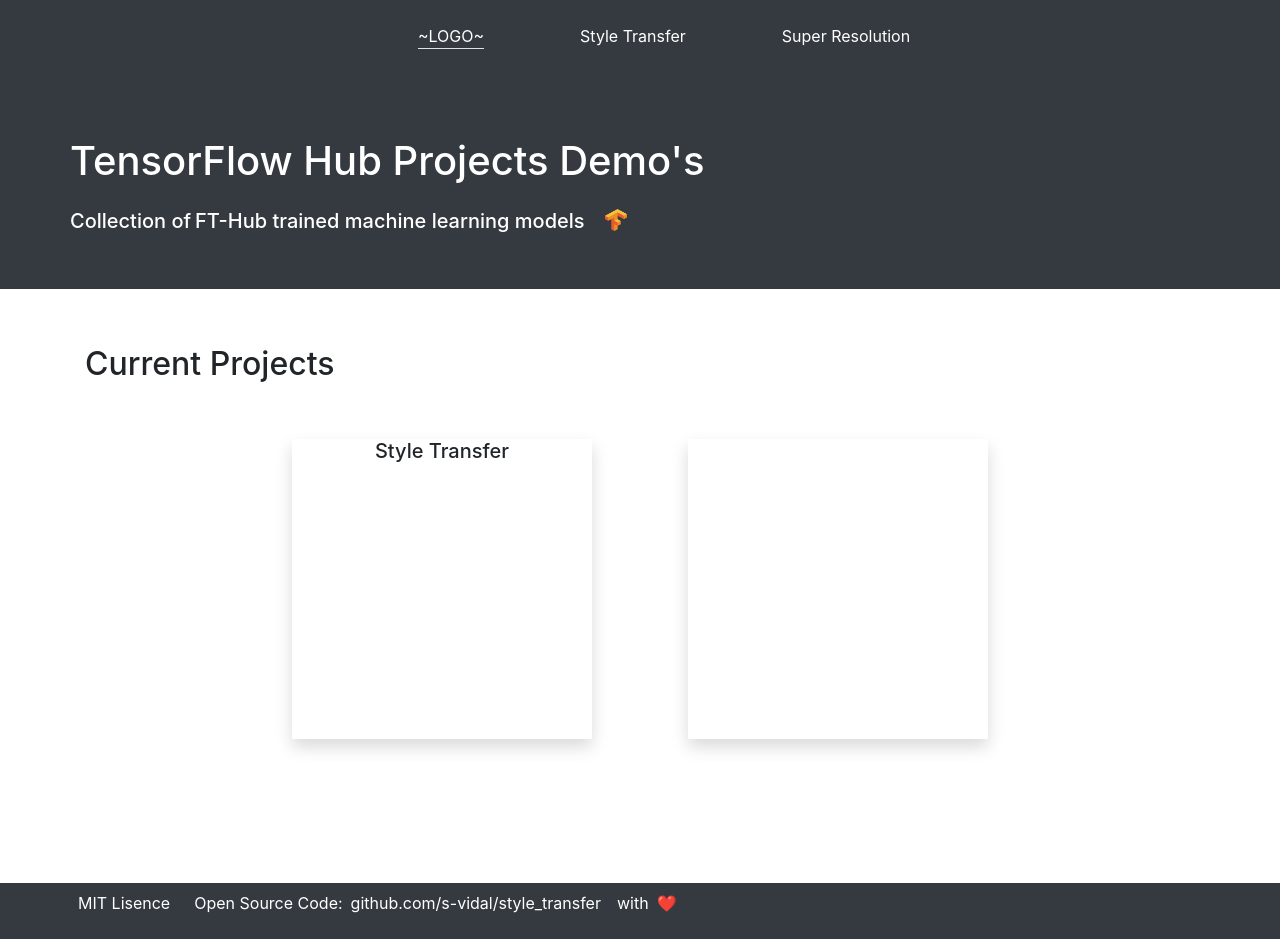
Repository: s-vidal/style_transfer
Page: / (app in client/)
The author's editor kept a copy of each file at every save. The page is drawn from the files as they stood at one save, then again after a run of saves.
The browser window is 1280 px wide. The pictures show the whole page.
The page's requests for data from a server got no answer. The project was rebuilt for these pictures with package versions that can differ from the ones it lists, and the page was loaded fresh each time. A package was used in the major version that the imports need, not the one package.json lists. No one was signed in, and anything a server would have sent is missing. Also part of the build but not shown: client/src/components/DropZone.jsx, client/src/lib/api.js, client/src/components/Inference.jsx, client/src/components/Header.jsx, client/src/pages/StyleTransfer.jsx, client/src/pages/SuperResolution.jsx.

Above is the page before, as saved 2020-09-30 14:29:27.

### client/public/index.html
<!DOCTYPE html>
<html lang="en">
  <head>
    <meta charset="utf-8" />
    <link rel="icon" href="%PUBLIC_URL%/favicon.ico" />
    <meta name="viewport" content="width=device-width, initial-scale=1" />
    <meta name="theme-color" content="#000000" />
    <meta
      name="description"
      content="Web site created using create-react-app"
    />
    <link rel="apple-touch-icon" href="%PUBLIC_URL%/logo192.png" />
    <!--
      manifest.json provides metadata used when your web app is installed on a
      user's mobile device or desktop. See https://developers.google.com/web/fundamentals/web-app-manifest/
    -->
    <link rel="manifest" href="%PUBLIC_URL%/manifest.json" />
    <!--
      Notice the use of %PUBLIC_URL% in the tags above.
      It will be replaced with the URL of the `public` folder during the build.
      Only files inside the `public` folder can be referenced from the HTML.

      Unlike "/favicon.ico" or "favicon.ico", "%PUBLIC_URL%/favicon.ico" will
      work correctly both with client-side routing and a non-root public URL.
      Learn how to configure a non-root public URL by running `npm run build`.
    -->
    <!-- CSS only -->
    <link
      rel="stylesheet"
      href="https://stackpath.bootstrapcdn.com/bootstrap/4.5.2/css/bootstrap.min.css"
      integrity="sha384-JcKb8q3iqJ61gNV9KGb8thSsNjpSL0n8PARn9HuZOnIxN0hoP+VmmDGMN5t9UJ0Z"
      crossorigin="anonymous"
    />
    <title>React App</title>
  </head>
  <body>
    <noscript>You need to enable JavaScript to run this app.</noscript>
    <div id="root"></div>
    <!--
      This HTML file is a template.
      If you open it directly in the browser, you will see an empty page.

      You can add webfonts, meta tags, or analytics to this file.
      The build step will place the bundled scripts into the <body> tag.

      To begin the development, run `npm start` or `yarn start`.
      To create a production bundle, use `npm run build` or `yarn build`.
    -->
    <!-- JS, Popper.js, and jQuery -->
    <script
      src="https://code.jquery.com/jquery-3.5.1.slim.min.js"
      integrity="sha384-DfXdz2htPH0lsSSs5nCTpuj/zy4C+OGpamoFVy38MVBnE+IbbVYUew+OrCXaRkfj"
      crossorigin="anonymous"
    ></script>
    <script
      src="https://cdn.jsdelivr.net/npm/popper.js@1.16.1/dist/umd/popper.min.js"
      integrity="sha384-9/reFTGAW83EW2RDu2S0VKaIzap3H66lZH81PoYlFhbGU+6BZp6G7niu735Sk7lN"
      crossorigin="anonymous"
    ></script>
    <script
      src="https://stackpath.bootstrapcdn.com/bootstrap/4.5.2/js/bootstrap.min.js"
      integrity="sha384-B4gt1jrGC7Jh4AgTPSdUtOBvfO8shuf57BaghqFfPlYxofvL8/KUEfYiJOMMV+rV"
      crossorigin="anonymous"
    ></script>
  </body>
</html>

### client/src/App.js
import React from "react";
import {BrowserRouter as Router, Switch, Route} from "react-router-dom";
import "./App.css";
import StyleTransfer from "./pages/StyleTransfer";
import SuperResolution from "./pages/SuperResolution";
import Footer from "./components/Footer";
import NavBar from "./components/NavBar";
import HomePage from "./pages/HomePage";

function App() {
  return (
    <div>
      <Router>
        <NavBar />
        <Switch>
          <Route path="/super-resolution">
            <SuperResolution />
          </Route>
          <Route path="/style-transfer">
            <StyleTransfer />
          </Route>
          <Route path="/">
            <HomePage />
          </Route>
        </Switch>
        <Footer />
      </Router>
    </div>
  );
}

export default App;

### client/src/App.css
.vh-59 {
  min-height: 58.6vh;
}

.italic {
  font-style: italic;
}

### client/src/components/Footer.jsx
import React from "react";

const Footer = () => {
  return (
    <div className="text-white bg-dark">
      <div className="container mt-5">
        <div className="row p-2 mt-4">
          <p className="mr-4">MIT Lisence</p>
          <p>Open Source Code:</p>
          <a
            className="ml-2 text-white"
            href="https://github.com/s-vidal/style_transfer"
          >
            <span>github.com/s-vidal/style_transfer</span>
          </a>
          <p className="ml-3 mr-1"> with </p>
          <span role="img" aria-label="emoji" className="ml-1">
            ❤️
          </span>
        </div>
      </div>
    </div>
  );
};

export default Footer;

### client/src/components/NavBar.jsx
import React, {useState, useEffect} from "react";
import {Link, useLocation} from "react-router-dom";
import "./NavBar.css";

const NavBar = () => {
  const [currentPage, setCurrentPage] = useState("");
  const location = useLocation();

  useEffect(() => {
    const currentPath = location.pathname;
    setCurrentPage(currentPath.substring(1));
  }, [location]);

  return (
    <nav className="navbar navbar-expand-lg d-flex justify-content-center bg-dark pt-3 pb-3">
      <ul className="navbar-nav">
        <li className="nav-item">
          <Link className="nav-link pl-5 pr-5" to={"/"}>
            <div className="ml-5 ">
              <p
                className={
                  currentPage === ""
                    ? "text-white nav-text active border-bottom"
                    : "text-white nav-text"
                }
              >
                ~LOGO~
              </p>
            </div>
          </Link>
        </li>
        <li className="nav-item">
          <Link
            className="nav-link pl-5 pr-5 text-white"
            to={"/style-transfer"}
          >
            <p
              className={
                currentPage === "style-transfer"
                  ? "text-white nav-text active border-bottom"
                  : "text-white nav-text"
              }
            >
              Style Transfer
            </p>
          </Link>
        </li>
        <li className="nav-item active">
          <Link
            className="nav-link pl-5 pr-5 text-white"
            to={"/super-resolution"}
          >
            <p
              className={
                currentPage === "super-resolution"
                  ? "text-white nav-text active border-bottom"
                  : "text-white nav-text"
              }
            >
              Super Resolution
            </p>
          </Link>
        </li>
      </ul>
    </nav>
  );
};

export default NavBar;

### client/src/pages/HomePage.jsx
import React from "react";
import "../components/HomePage.css";

const HomePage = () => {
  return (
    <>
      <div className="bg-dark text-white p-4 pt-5 pb-5">
        <div className="container">
          <div className="row">
            <h1>TensorFlow Hub Projects Demo's</h1>
          </div>
          <div className="row mt-3">
            <h5>Collection of</h5>
            <a
              href="https://tfhub.dev/google/magenta/arbitrary-image-stylization-v1-256/2"
              className="pl-1 pr-1 text-white"
            >
              <h5>FT-Hub trained machine learning models</h5>
            </a>
            <img
              className="ml-3"
              src={require("../img/tf_logo.png")}
              alt="tf"
              width="22"
              height="22"
            ></img>
          </div>
        </div>
      </div>
      <div className="vh-59 p-5 pb-0">
        <div className="container">
          <div>
            <h2 className="mt-2">Current Projects</h2>
          </div>
          <div className="row d-flex justify-content-center">
            <div className="home-item shadow m-5">
              <h5 className="text-center">Style Transfer</h5>
            </div>
            <div className="home-item shadow m-5"></div>
          </div>
        </div>
      </div>
    </>
  );
};

export default HomePage;

### client/src/components/NavBar.css
.nav-text:hover {
  border-bottom: 1px solid white;
}

### client/src/components/HomePage.css
.home-item {
  min-width: 300px;
  min-height: 300px;
}

Loaded but not shown: client/src/index.js (common file); client/src/index.css (common file); client/src/serviceWorker.js (common file)

After the next 2 saves:
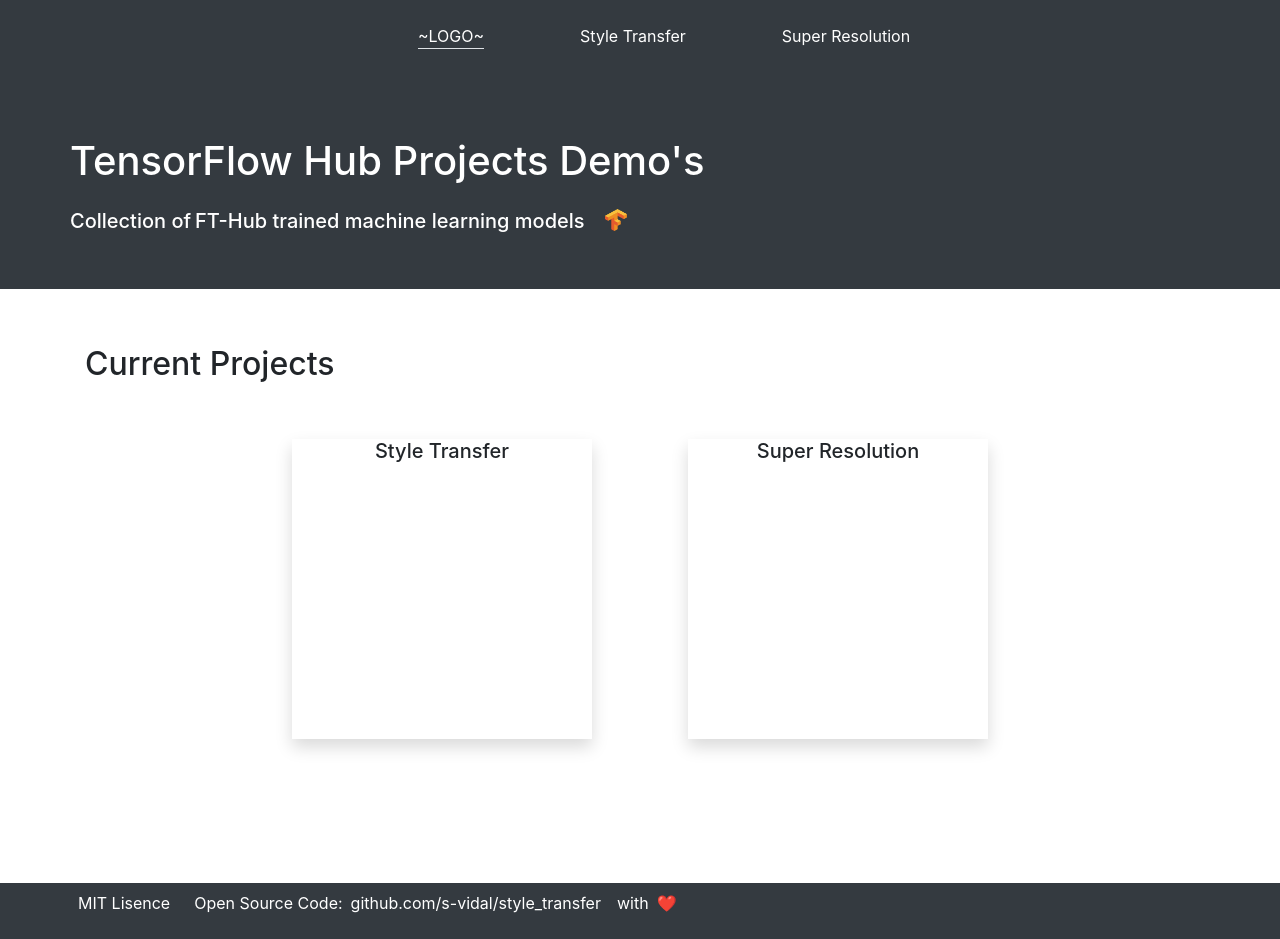
The 2 saves are shown as one change because they came seconds apart.
The last was saved 10 s later.
--- a/client/src/pages/HomePage.jsx
+++ b/client/src/pages/HomePage.jsx
@@ -36,7 +36,9 @@
             <div className="home-item shadow m-5">
               <h5 className="text-center">Style Transfer</h5>
             </div>
-            <div className="home-item shadow m-5"></div>
+            <div className="home-item shadow m-5">
+              <h5 className="text-center"> Super Resolution</h5>
+            </div>
           </div>
         </div>
       </div>
